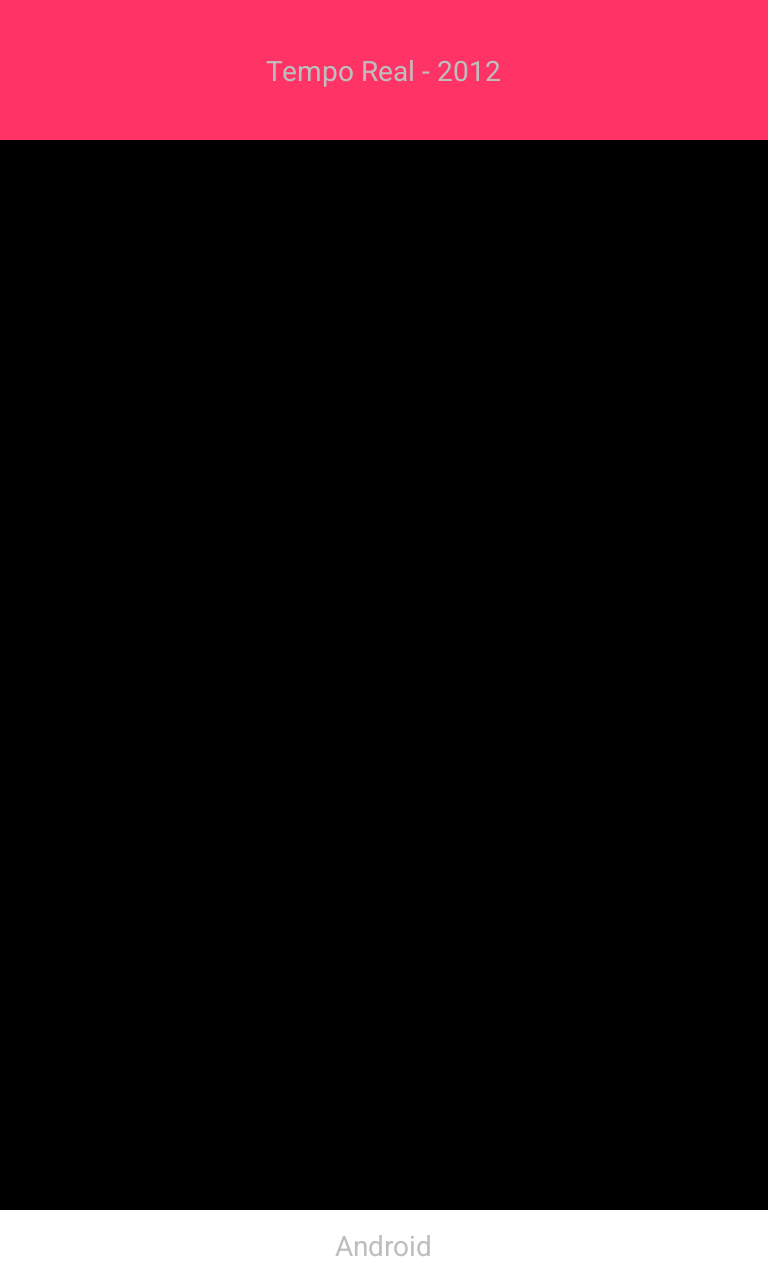
Repository: SuelenGC/Trainings
Layout: TempoRealEventos/HelloAndroid/res/layout/documento_item.xml
The author's editor kept a copy of each file at every save. The layout is drawn from the files as they stood at one save, then again after the next save.
It is drawn on a 768 x 1280 px phone screen (xhdpi) without system bars, with theme android:Theme; the app's code is not run.

Above is the layout before, as saved 2012-06-02 17:46:57.

### TempoRealEventos/HelloAndroid/res/layout/documento_item.xml
<?xml version="1.0" encoding="utf-8"?>
<LinearLayout xmlns:android="http://schemas.android.com/apk/res/android"
    android:layout_width="fill_parent"
    android:layout_height="fill_parent"
    android:orientation="vertical">


	<LinearLayout
	    android:layout_width="fill_parent"
	    android:layout_height="70dp"
	    android:background="#ff3366"
	    android:gravity="center"
	    >

	    <TextView
	        android:layout_width="wrap_content"
	        android:layout_height="wrap_content"
	        android:text="Tempo Real - 2012"

	        />

	</LinearLayout>

	<LinearLayout
	    android:layout_width="fill_parent"
	    android:layout_height="wrap_content"
	    android:layout_weight="1"
	    >


	</LinearLayout>

	<LinearLayout
	    android:layout_width="fill_parent"
	    android:layout_height="35dp"
	    android:background="#ffffff"
	    android:gravity="center"
	    >

	    <TextView
	        android:layout_width="wrap_content"
	        android:layout_height="wrap_content"
	        android:text="Android"

	        />
	 </LinearLayout>
</LinearLayout>

After the next save:
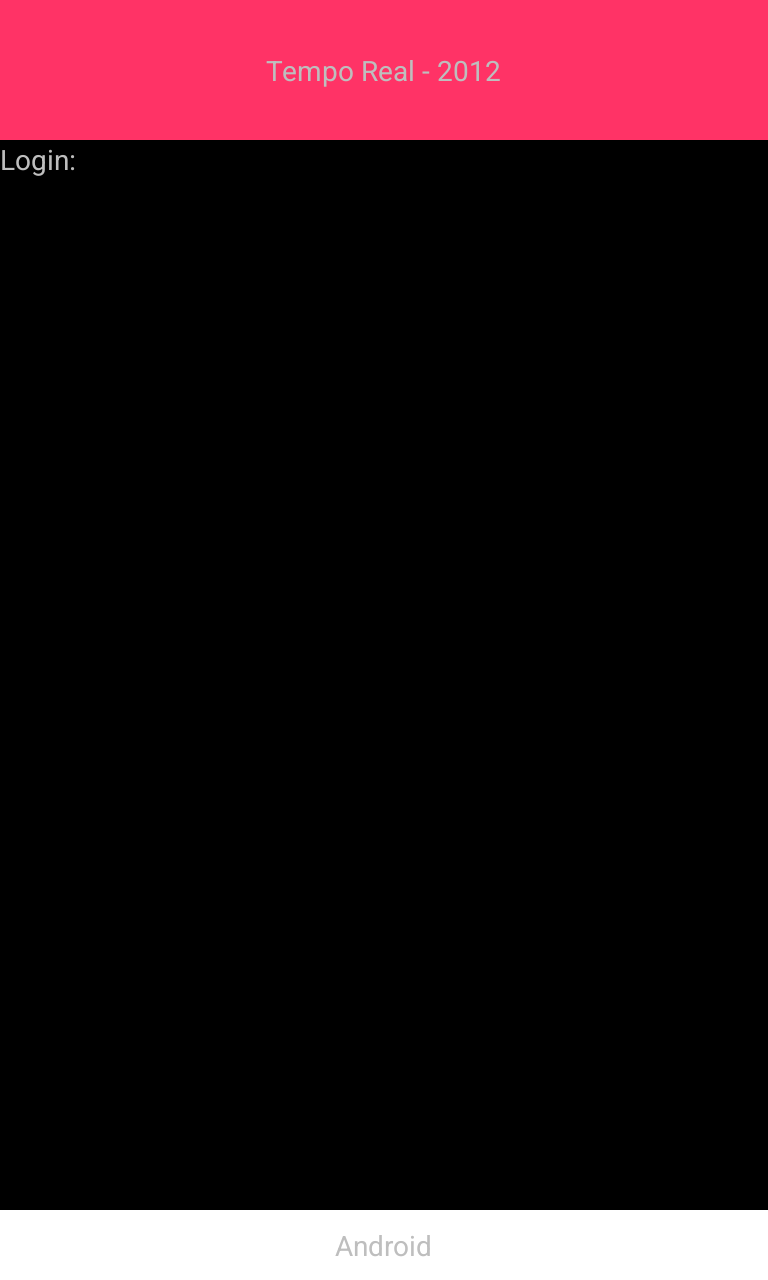
Saved 4 min 32 s later.
--- a/TempoRealEventos/HelloAndroid/res/layout/documento_item.xml
+++ b/TempoRealEventos/HelloAndroid/res/layout/documento_item.xml
@@ -27,6 +27,22 @@
 	    android:layout_weight="1"
 	    >
 
+	    <TableLayout
+	        android:layout_width="fill_parent"
+	        android:layout_height="wrap_content"
+	        android:stretchColumns="1"
+	        >
+
+	        <TableRow>
+	        	<TextView
+	        	    android:layout_width="70dp"
+	        	    android:layout_height="wrap_content"
+	        	    android:text="Login:"
+	        	    />
+	        </TableRow>
+
+	        </TableLayout>
+
 
 	</LinearLayout>
 
